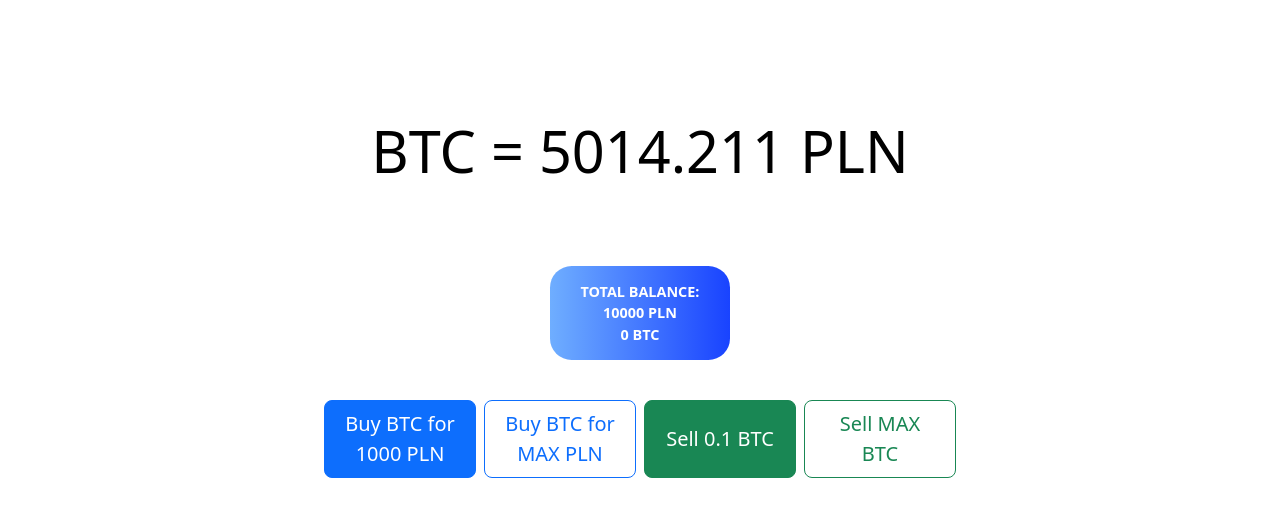
Repository: michalgornicki/bitcoin-virtual
Page: /
The author's editor kept a copy of each file at every save. The page is drawn from the files as they stood at one save, then again after the next save.
The browser window is 1280 px wide. The pictures show the whole page.
The project was rebuilt for these pictures with package versions that can differ from the ones it lists, and the page was loaded fresh each time.

Above is the page before, as saved 2021-12-05 22:53:17.

### src/App.jsx
import React, { useState, useEffect } from "react";
import "./App.css";
import Button from "react-bootstrap/Button";
import "bootstrap/dist/css/bootstrap.min.css";

function App() {
  const [bitcoinPrice, setBitcoinPrice] = useState(5000);
  const [accountPLN, setAccountPLN] = useState(10000);
  const [accountBTC, setAccountBTC] = useState(0);

  const bitcoin = () => {
    let randomNumber = parseFloat((Math.random() * 20 - 10).toFixed(3));
    setBitcoinPrice((bitcoinPrice) =>
      parseFloat((bitcoinPrice + randomNumber).toFixed(3))
    );
    console.log(bitcoinPrice);

    setTimeout(bitcoin, 1000);
  };

  const buyBitcoin = () => {
    if (accountPLN >= 1000) {
      setAccountPLN(accountPLN - 1000);
      setAccountBTC((accountBTC) =>
        parseFloat((accountBTC + 1000 / bitcoinPrice).toFixed(6))
      );
      console.log(accountBTC);
    } else {
      setAccountPLN(0);
      setAccountBTC((accountBTC) =>
        parseFloat((accountBTC + accountPLN / bitcoinPrice).toFixed(6))
      );
    }
  };

  const buyMAXBitcoin = () => {
      setAccountPLN(0);
      setAccountBTC((accountBTC) =>
        parseFloat((accountBTC + accountPLN/bitcoinPrice).toFixed(6))
      );
      console.log(accountBTC);
  };

  const sellBitcoin = () => {
    if (accountBTC >= 0.1) {
      setAccountPLN(parseFloat((accountPLN + bitcoinPrice / 10).toFixed(6)));
      setAccountBTC((accountBTC) => parseFloat((accountBTC - 0.1).toFixed(6)));
      console.log(accountBTC);
    } else {
      setAccountPLN(
        parseFloat((accountPLN + bitcoinPrice * accountBTC).toFixed(6))
      );
      setAccountBTC((accountBTC) => parseFloat((0).toFixed(6)));
    }
  };

  const sellMAXBitcoin = () => {
      setAccountPLN(parseFloat((accountPLN + bitcoinPrice*accountBTC).toFixed(6)));
      setAccountBTC(0);
      console.log(accountBTC);
  };

  useEffect(() => {
    bitcoin();
  }, []);

  return (
    <div className="wrapper">
      <div className="price">BTC = {bitcoinPrice} PLN</div>
      <div className="account-container">
        <div className="account">TOTAL BALANCE:</div>
        <div className="account">{accountPLN} PLN</div>
        <div className="account">{accountBTC} BTC</div>
      </div>

      <div className="button-container w-50 m-auto">
        <Button variant="primary m-1 btn-lg w-50" onClick={buyBitcoin}>
          Buy BTC for 1000 PLN
        </Button>
        <Button variant="outline-primary m-1 btn-lg w-50" onClick={buyMAXBitcoin}>
          Buy BTC for MAX PLN
        </Button>
        <Button variant="success m-1 btn-lg w-50" onClick={sellBitcoin}>
          Sell 0.1 BTC
        </Button>
        <Button variant="outline-success m-1 btn-lg w-50" onClick={sellMAXBitcoin}>
          Sell MAX BTC
        </Button>
      </div>
    </div>
  );
}

export default App;

### src/App.css

body{
    font-family:'Segoe UI', Tahoma, Geneva, Verdana, sans-serif;
    user-select: none;
}

.wrapper{
    height: 100vh;
    display: block;
    margin: auto;
}

.price{
    font-size: 8vmin;
    display: block;
    margin: auto;
    padding-top: 15vmin;
    text-align: center;
    width: 50%;
    color: rgb(0, 0, 0);
}

.account-container{
    display: block;
    margin: auto;
    margin-top: 10vmin;
    margin-bottom: 5vmin;
    background: linear-gradient(to left, rgb(25, 67, 255), rgb(111, 174, 255));
    color: white;
    padding: 2vmin;
    border-radius: 3vmin;
    width: 14%;
}

.account{
    font-size: 2vmin;
    font-weight: 600;
    display: block;
    margin: auto;
    text-align: center;
}

.button-container{
    display: flex;
    justify-content: center;
}

.button{
    height: 10vmin;
    width: 10vmin;
    background-color: green;
    color: white;
    text-align: center;
    display: block;
    margin: 2vmin;
    margin-top: 10vmin;
    cursor: pointer;
}

Loaded but not shown: public/index.html (common file); src/index.js (common file); src/index.css (common file); src/reportWebVitals.js (common file)

After the next save:
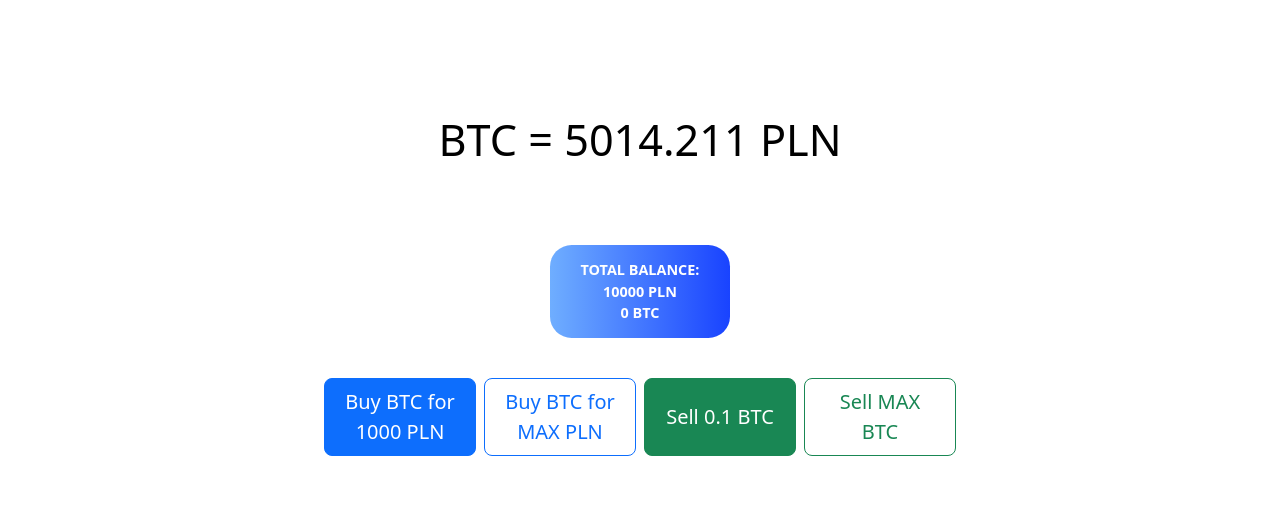
Saved 24 s later.
--- a/src/App.css
+++ b/src/App.css
@@ -11,7 +11,7 @@ body{
 }
 
 .price{
-    font-size: 8vmin;
+    font-size: 6vmin;
     display: block;
     margin: auto;
     padding-top: 15vmin;
